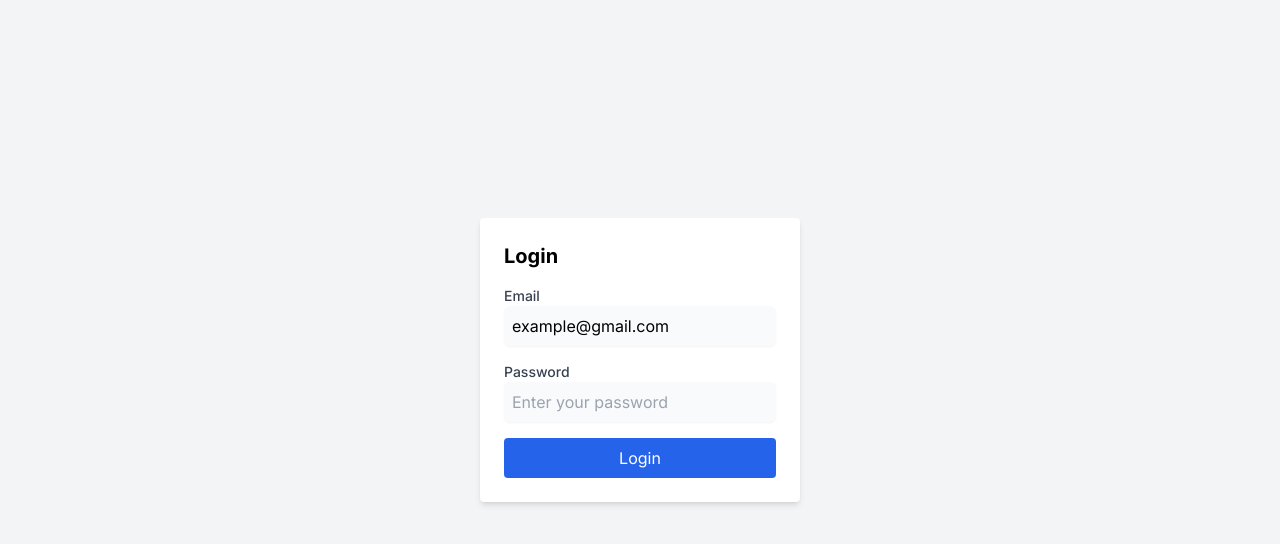
Repository: MaramMaryam/jedu
Page: /login
An editor plug-in stored every save of this project. The page is shown before and after the next save, followed by the edit.
The browser window is 1280 px wide. The pictures show the whole page.
The project was rebuilt for these pictures with package versions that can differ from the ones it lists, and the page was loaded fresh each time. The framework's server and built-in components were replaced by stand-ins that run in the browser. Also part of the build but not shown: next.config.mjs.

Above is the page before, as saved 2024-08-31 09:45:02.

### src/app/login/page.tsx
'use client'


import React from "react";
import { Formik, Form } from 'formik';
import { TextInputBox } from '../components/forms/TextInputBox';
import { loginSchema } from "./validation";

export default function Login() {
   const initVal = { email: 'example@gmail.com', password: '' }
  return (
    <div className="flex items-center justify-center min-h-screen bg-gray-100">
        <Formik  initialValues={initVal}
      validationSchema={loginSchema}
      onSubmit={(values) => {
        console.log('Form data', values);
        // Handle login logic here (e.g., API call)
      }}>
{() => (
        <Form className="bg-white p-6 rounded shadow-md w-80">
          <h1 className="text-xl font-bold mb-4">Login</h1>
          <TextInputBox label="Email" name="email" type="email" placeholder="Enter your email" />
          <TextInputBox label="Password" name="password" type="password" placeholder="Enter your password" />
          <button type="submit" className="w-full bg-blue-600 text-white p-2 rounded hover:bg-blue-700">
            Login
          </button>
        </Form>
      )}
        </Formik>

  </div>
  );
}

### src/app/components/QueryClient.tsx
'use client'
import { QueryClient, QueryClientProvider } from "@tanstack/react-query"

const queryClient = new QueryClient({
    // defaultOptions: {
    //     queries: {
    //         staleTime: 0, refetchIntervalInBackground: false,
    //         refetchInterval: false, refetchOnWindowFocus: false
    //     }
    // }
    defaultOptions: {
        queries: {
        //   cacheTime: 0,
          refetchOnWindowFocus: false,
          refetchOnMount: false,
          retry: false,
        },
        mutations: {
          retryDelay: 2000,
        },
      },
})

export const ReactQueryClientProvider = ({
    children,
}: { children: React.ReactNode; }
) => (
    <QueryClientProvider client={queryClient}>
        {children}
    </QueryClientProvider>
)
// Provide the client to your App

### src/app/components/forms/TextInputBox.tsx
import { useField } from 'formik';

interface MyTextInputProps {
  label: string;
  name: string;
  type?: string;
  placeholder?: string;
  id?: string
}

export const TextInputBox: React.FC<MyTextInputProps> = ({ label, ...props }) => {
  const [field, meta] = useField(props);

  return (
    <div className="mb-4 border-gray-950">
      <label htmlFor={props.id || props.name} className="block text-sm font-medium text-gray-700">
        {label}
      </label>
      <input
        className={`shadow-sm bg-gray-50 dark:bg-gray-200 dark:border-gray-600
            dark:placeholder-gray-400 px-2 py-2 dark:focus:ring-blue-500
            dark:focus:border-blue-500 focus:ring-indigo-500 focus:border-indigo-500 block w-full h-auto
             border-white rounded-md ${
          meta.touched && meta.error ? 'border-red-500' : ''
        }`}
        {...field}
        {...props}
      />
      {meta.touched && meta.error ? (
        <div className="text-red-500 text-sm">{meta.error}</div>
      ) : null}
    </div>
  );
};

### src/app/login/validation.ts
import * as Yup from 'yup';

export const loginSchema = Yup.object().shape({
  email: Yup.string()
    .email('Invalid email address')
    .required('Required'),
  password: Yup.string()
    .min(6, 'Password must be at least 6 characters')
    .required('Required'),
});

Loaded but not shown: src/app/layout.tsx (common file); src/app/globals.css (common file); tailwind.config.ts (common file)

After the next save:
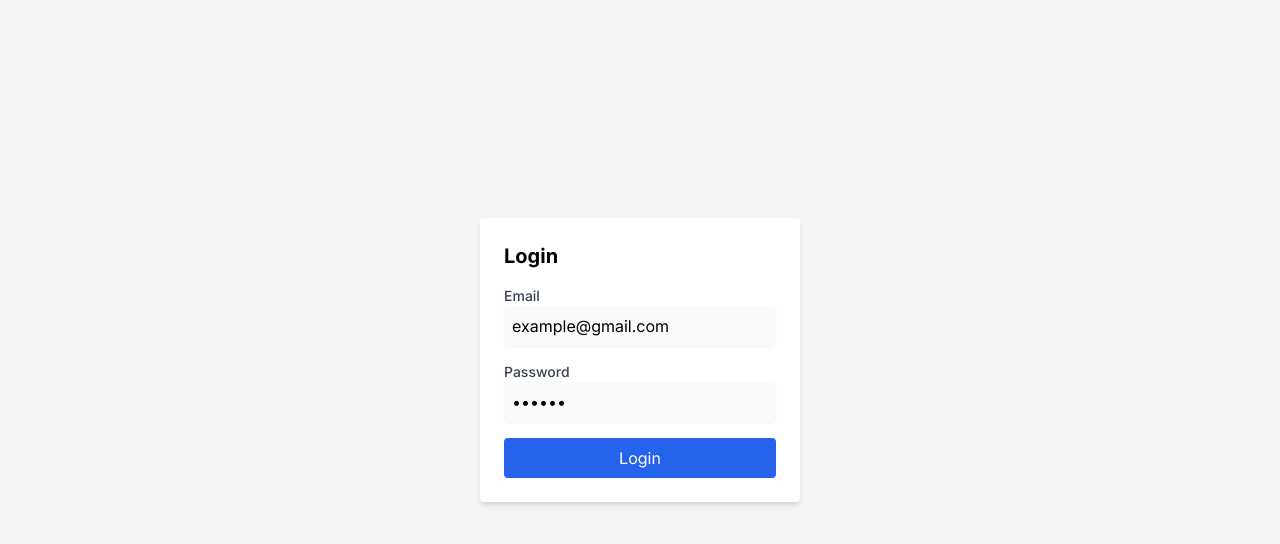
Saved 14 s later.
--- a/src/app/login/page.tsx
+++ b/src/app/login/page.tsx
@@ -7,7 +7,7 @@ import { TextInputBox } from '../components/forms/TextInputBox';
 import { loginSchema } from "./validation";
 
 export default function Login() {
-   const initVal = { email: 'example@gmail.com', password: '' }
+   const initVal = { email: 'example@gmail.com', password: '123456' }
   return (
     <div className="flex items-center justify-center min-h-screen bg-gray-100">
         <Formik  initialValues={initVal}
